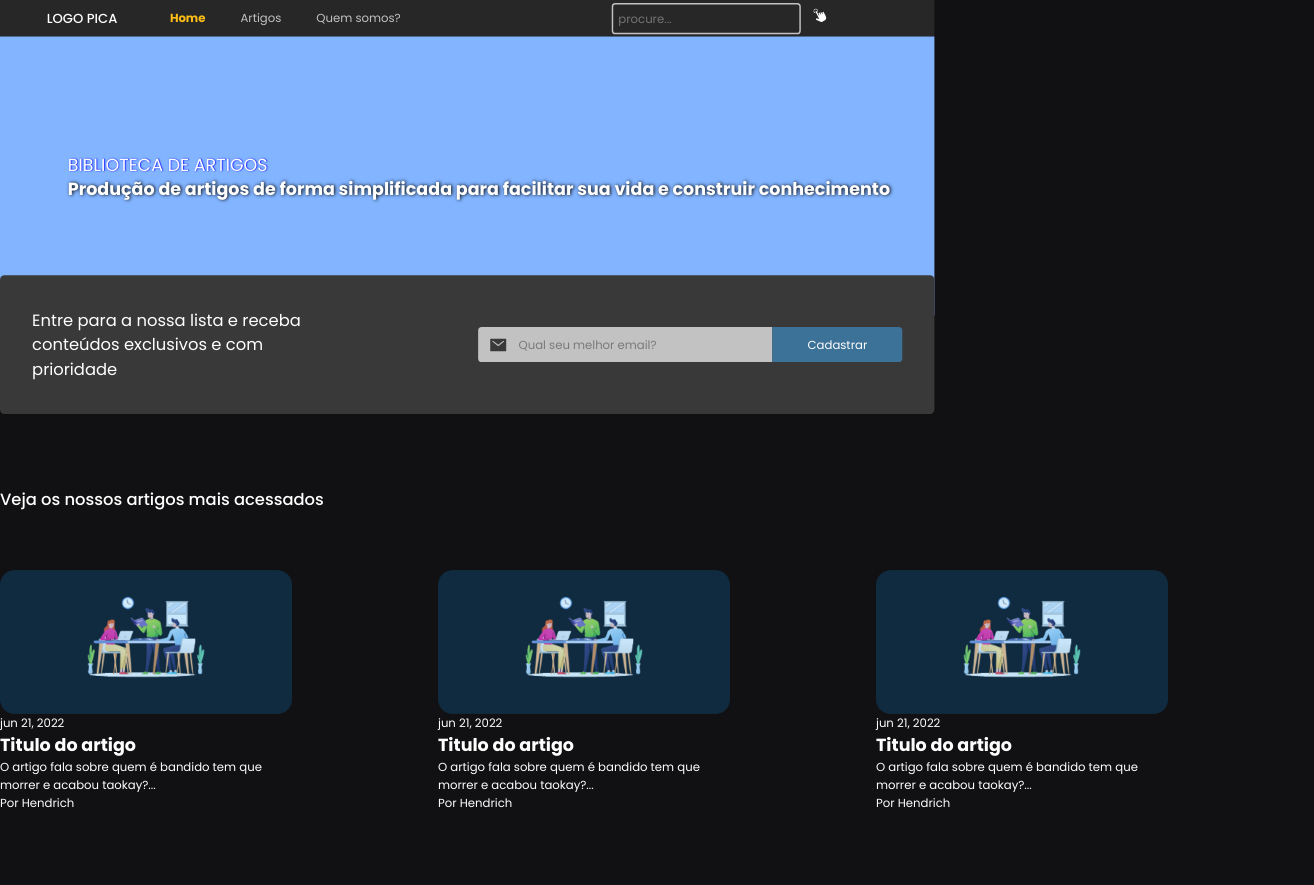
Repository: ArthurHendrich/Inepto
Page: /
An editor plug-in stored every save of this project. The page is shown before and after the next save, followed by the edit.
The browser window is 1280 px wide. The page is 1600 px wide, then 1800 px, then 1600 px, so the pictures cover 1800 px, including what lies to the right of the window. The pictures show the whole page, at 73% of full size.
The project was rebuilt for these pictures with package versions that can differ from the ones it lists, and the page was loaded fresh each time. The framework's server and built-in components were replaced by stand-ins that run in the browser. Also part of the build but not shown: next.config.js.

Above is the page before, as saved 2022-07-06 21:16:41.

### src/pages/_app.tsx
import { AppProps } from "next/app";
import { Header } from "../components/header";

import '../styles/global.scss';

function MyApp({ Component, pageProps }: AppProps) {
  return (
    <>
    <Header />
    <Component {...pageProps} />
    </>
  );
}

export default MyApp;

### src/pages/_document.tsx
import Document, { Html, Head, Main, NextScript } from "next/document";

export default class MyDocument extends Document {
  render() {
    return (
      <Html>
        <Head>
          <link rel="preconnect" href="https://fonts.googleapis.com" />
          <link
            href="https://fonts.googleapis.com/css2?family=Poppins:wght@400;500;700;900&display=swap"
            rel="stylesheet"
          />
          <link rel="shortcut icon" href="favicon.png" type="image/png" />
        </Head>
        <body>
          <Main />
          <NextScript />
        </body>
      </Html>
    );
  }
}

### src/pages/index.tsx
import Head from "next/head";

import styles from "../styles/home.module.scss";

import { IoMailSharp } from 'react-icons/io5';

export default function Home() {
  return (
    <>
      <Head>
        <title>Direito Inepto</title>
      </Head>

      <main>
        <section className={styles.headerContainer}>
          <div className={styles.headerText}>
            <h1>BIBLIOTECA DE ARTIGOS</h1>
            <h2>
              Produção de artigos de forma simplificada para facilitar sua vida
              e construir conhecimento
            </h2>
          </div>
        </section>

        <section className={styles.inputContainer}>
          <h2>
            Entre para a nossa lista e receba conteúdos exclusivos e com
            prioridade
          </h2>
          <div className={styles.inputContent}>
            <div className={styles.ContentFake}>
              <IoMailSharp className={styles.mail}/>
              <input type="text" placeholder="Qual seu melhor email?" />
            </div>
              <button>Cadastrar</button>
          </div>
        </section>

        <section className={styles.acessContainer}>
          <div className={styles.acessTitle}>
            Veja os nossos artigos mais acessados
          </div>
          <div className={styles.acessContent}>
            <div className={styles.contentItem}>
              <img src="images/imagemteste.png" alt="teste" />
              <time>jun 21, 2022</time>
              <h2>Titulo do artigo</h2>
              <p>O artigo fala sobre quem é bandido tem que morrer e acabou taokay?...</p>
              <span>Por Hendrich</span>
            </div>
            <div className={styles.contentItem}>
              <img src="images/imagemteste.png" alt="teste" />
              <time>jun 21, 2022</time>
              <h2>Titulo do artigo</h2>
              <p>O artigo fala sobre quem é bandido tem que morrer e acabou taokay?...</p>
              <span>Por Hendrich</span>
            </div>
            <div className={styles.contentItem}>
              <img src="images/imagemteste.png" alt="teste" />
              <time>jun 21, 2022</time>
              <h2>Titulo do artigo</h2>
              <p>O artigo fala sobre quem é bandido tem que morrer e acabou taokay?...</p>
              <span>Por Hendrich</span>
            </div>
          </div>
        </section>
      </main>
    </>
  );
}

### src/components/header/index.tsx
import styles from "./styles.module.scss";
import { GiClick } from "react-icons/gi";
import { ActiveLink } from "../ActiveLink";
import { useState } from "react";



export function Header() {
  const [inputText, setInputText] = useState('');



  return (
    <header className={styles.headerContainer}>
      <div className={styles.headerContent}>
        <div className={styles.headerItens}>
          <div className={styles.headerLogo}>
            <ActiveLink href="/" activeClassName={styles.active}>
              <a>LOGO PICA</a>
            </ActiveLink>
          </div>

          <nav>
            <ActiveLink href="/" activeClassName={styles.active}>
              <a>Home</a>
            </ActiveLink>

            <ActiveLink href="/posts" activeClassName={styles.active}>
              <a>Artigos</a>
            </ActiveLink>

            <ActiveLink href="/sobre" activeClassName={styles.active}>
              <a>Quem somos?</a>
            </ActiveLink>
          </nav>
        </div>

        <div className={styles.headerSearch}>
          <input
            type="text"
            value={inputText}
            placeholder="procure..."
            onChange={(e) => setInputText(e.target.value)}
          />
          <GiClick className={styles.headerSearchIcon}/>
        </div>
      </div>
    </header>
  );
}

### src/styles/global.scss
* {
  margin: 0;
  padding: 0;
  box-sizing: border-box;
}

:root {
  --white: #FFF;

  --gray-100: #C2C2C2;
  --gray-200: #CCCCCC;
  --gray-300: #7a7a7a;
  --gray-400: #3A3939;
  --gray-500: #272727;
  --gray-900: #111113;

  --blue-200: #3C7198;
  --blue-500: #82B4FF;
  --blue-900: #95D2FF;

  --purple-header: #2F1C6A;
  --purple-content: #492E9E;

  --yellow-500: #FFBE16;
}

@media (max-width: 1080px) {
  html {
    font-size: 93.75%;
  }
}

@media (max-width: 720px) {
  html {
    font-size: 87.5%;
  }
}

body{
  background: var(--gray-900);
  color: var(--white);
}

body, input, textarea, select, button {
  font: 400 1rem 'Poppins', sans-serif;
}

button {
  cursor: pointer;
}

a {
  color: inherit;
  text-decoration: none;
}

### src/styles/home.module.scss
.headerContainer {
  min-height: calc(60vh - 3.125rem);
  margin: 0 auto;
  display: flex;
  justify-content: center;
  align-items: center;
  padding: 0 2rem;
  background: var(--blue-500);

  .headerText {
    padding-left: 2rem;

    font-size: rem;

    h1 {
      font-weight: 50;
      cursor: pointer;
      text-shadow: 1px 0px 2px blue;
    }

    h2{
      font-weight: 700;
      line-height: 2rem;
      text-shadow: 1.5px 0px 5px black;
      cursor: pointer;
    }
  }

  img {
    width: 75%
  }
}

.inputContainer {
  max-width: 1475px;
  margin: 0 auto;
  margin-top: -55px;
  margin-bottom: 100px;
  padding: 2.75rem;
  display: flex;
  align-items: center;
  border-radius: 6px;
  background: var(--gray-400);

  h2 {
    font-size: 1.4rem;
    font-weight: 100;
  }

  .inputContent {
    padding-left: 15rem;
    display: flex;
    align-items: center;

    .ContentFake {
      display: flex;
      align-items: center;
      background: var(--gray-100);
      border-top-left-radius: 5px;
      border-bottom-left-radius: 5px;
      height: 3rem;

      input {
        margin-right: 2rem;
        border: none;
        background-color: transparent;
        color: var(--white);
        outline: none;
      }

      .mail{
        height: 25px;
        width: 25px;
        margin-right: 15px;
        margin-left: 15px;
        color: var(--gray-400);
      }
    }

    button {
      text-align: center;
      height: 3rem;
      background-color: var(--blue-200);
      border: 0;
      padding-left: 3rem;
      padding-right: 3rem;
      border-top-right-radius: 5px;
      border-bottom-right-radius: 5px;
      color: var(--white);

      transition: filter ease 0.2s;

      &:hover {
        filter: brightness(1.2);
      }
    }
  }


  *::placeholder {
    color: var(--gray-300);
  }
}


.acessContainer {
  max-width: 1700px;
  margin: 0 auto;

  .acessTitle {
    font-size: 1.4rem;
    font-weight: 500;
    margin-bottom: 80px;
  }

  .acessContent {
    max-width: 1500px;
    margin: 0 auto;

    display: grid;
    grid-template-columns: repeat(3, 1fr);
    gap: 200px;

    .contentItem {
      display: flex;
      flex-direction: column;
    }
  }

  margin-bottom: 100px;
}

### src/components/header/styles.module.scss
.headerContainer {
  height: 3.125rem;
  background: var(--gray-500);
  color: var(--white);

}


.headerContent {
  height: 3.125rem;
  margin: 0 auto;
  display: flex;
  padding: 0 4rem;
  align-items: center;
  justify-content: space-between;

  .headerItens {
    display: flex;
    align-items: center;
    justify-content: space-between;

    .headerLogo {
      margin-right: 4rem;
      font-size: 1.125rem;
      font-weight: 500;
    }

    nav {
      height: 6rem;

      a {
        display: inline-block;
        position: relative;
        padding: 0 0.5rem;
        height: 6rem;
        line-height: 6rem;
        color: var(--gray-100);
        transition: color 0.2s;

        & + a {
          margin-left: 2rem;
        }

        &:hover {
          color: var(--white);
        }

        &.active{
          color: var(--yellow-500);
          font-weight: bold;
        }
      }
    }
  }

  .headerSearch {
    padding: 0 0.5rem;

    input {
      margin-right: 1rem;
      border: 2px solid var(--gray-100);
      border-radius: 5px;
      background: transparent;
      width: 70%;
      padding: 0.4375rem 0.4375rem;
      color: var(--gray-300);
    }

    .headerSearchIcon {
      height: 20px;
      width: 20px;
      cursor: pointer;

      transition: all 0.2s;

      &:hover {
        color: var(--yellow-500);
        filter: brightness(0.9);
      }
    }
  }
}

### src/components/ActiveLink/index.tsx
import Link, { LinkProps } from "next/link";
import { useRouter } from "next/router";
import { cloneElement, ReactElement } from "react";

interface ActiveLinkProps extends LinkProps {
  children: ReactElement;
  activeClassName: string;
}

export function ActiveLink ({ children, activeClassName, ...rest }: ActiveLinkProps) {
  const { asPath } = useRouter();

  const className = asPath === rest.href ? activeClassName : '';


  return (
    <Link {...rest}>
      {cloneElement(children, { className })}
    </Link>
  )
}

After the next save:
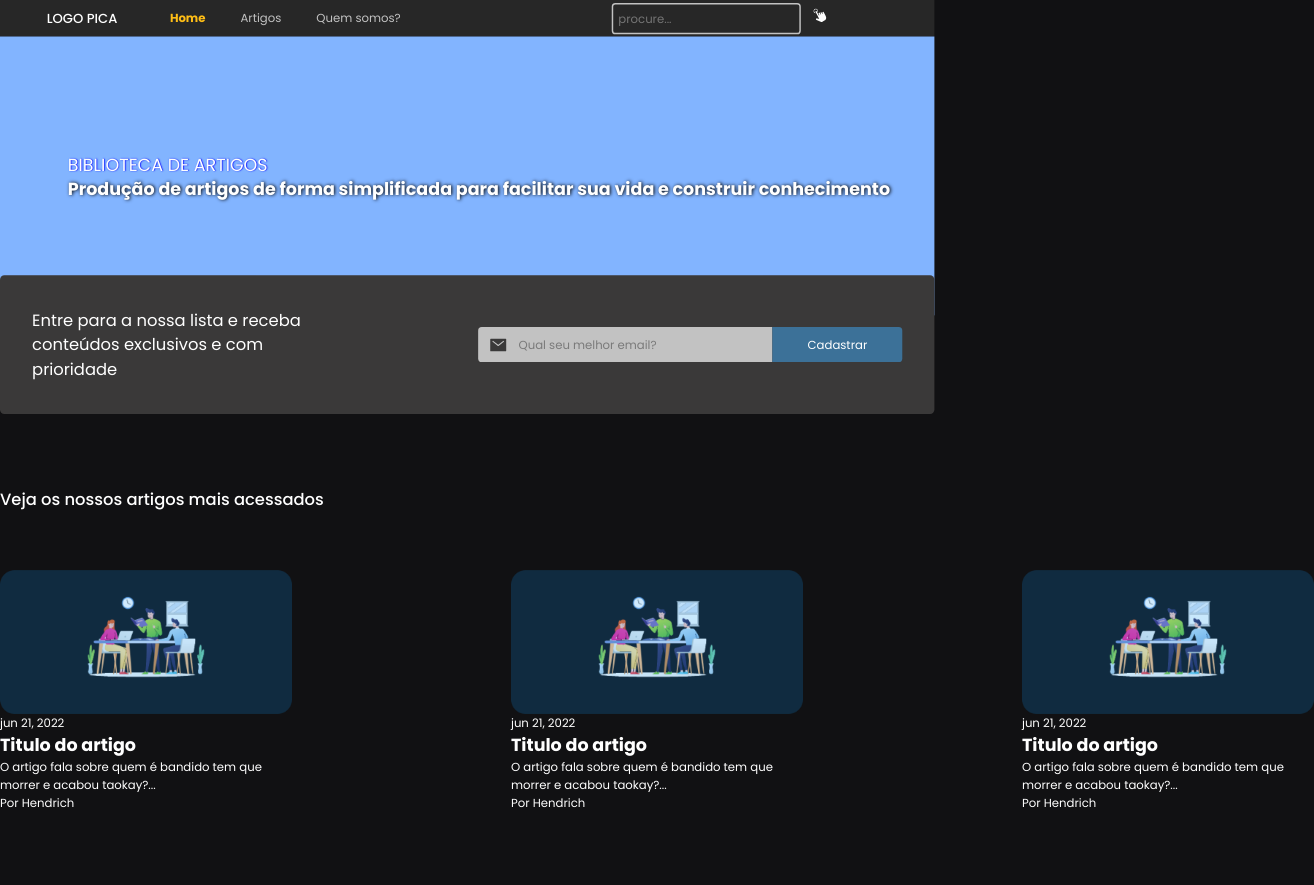
Saved 7 s later.
--- a/src/styles/home.module.scss
+++ b/src/styles/home.module.scss
@@ -119,7 +119,7 @@
 
     display: grid;
     grid-template-columns: repeat(3, 1fr);
-    gap: 200px;
+    gap: 300px;
 
     .contentItem {
       display: flex;

After the 2 saves that followed:
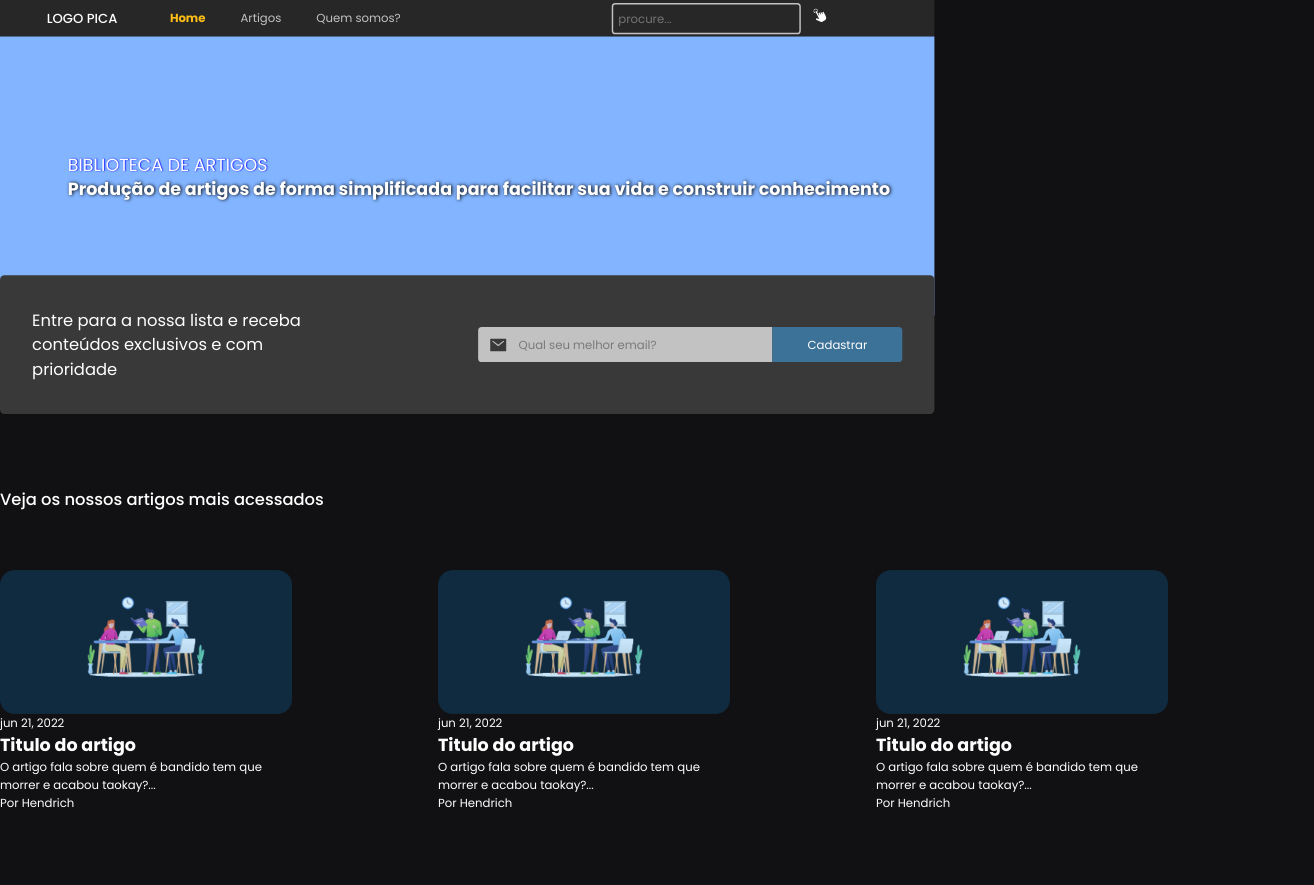
The 2 saves are shown as one change because they came seconds apart.
The last was saved 7 s later.
--- a/src/styles/home.module.scss
+++ b/src/styles/home.module.scss
@@ -119,7 +119,7 @@
 
     display: grid;
     grid-template-columns: repeat(3, 1fr);
-    gap: 300px;
+    gap: 200px;
 
     .contentItem {
       display: flex;
